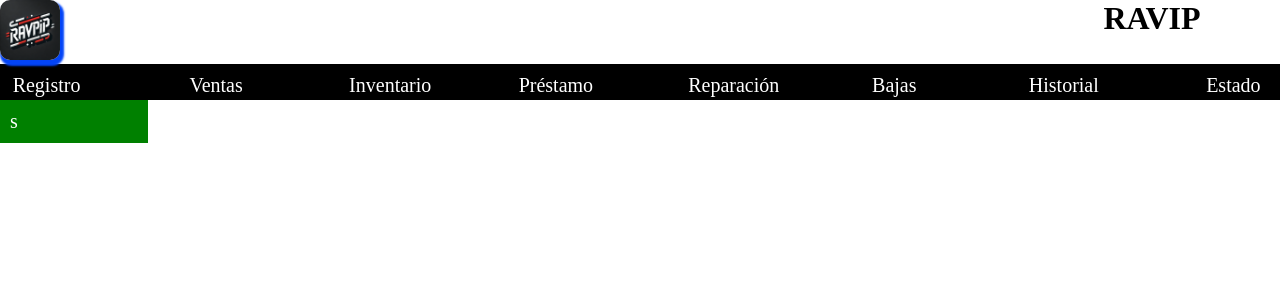
Repository: ye909/RAVPIP
Page: index.html
These files come from the project's save history. The page is drawn as it stood at one moment and after the next save; the edit follows.
The browser window is 1280 px wide. The pictures show the whole page.

Above is the page before, as saved 2025-04-03 17:49:33.
Not found: src/js/ya

### index.html
<!DOCTYPE html>
<html lang="es">

<head>
    <meta charset="UTF-8">
    <meta name="viewport" content="width=device-width, initial-scale=1.0">
    <title>Estado</title>
    <link rel="stylesheet" href="./src/css/heder.css">
</head>

<body>

    <div class="containerTituloLogo">
        <div><img src="./src/imagenes/logo2.webp" alt="Logo" class="imglogo"></div>
        <h1>RAVIP</h1>

    </div>
    <nav>
        <ul>
            <li><a href="./src/templei/registroPortatil.html" target="_self" aria-label="Abrir Registro">Registro</a>
            </li>
            <li><a href="./src/templei/ventasPortatil.html" target="_self" aria-label="Abrir Ventas">Ventas</a></li>
            <li><a href="">Inventario</a></li>
            <li><a href="./src/templei/prestamoPortatil.html" target="_self" aria-label="Abrir >Préstamo">Préstamo</a>
            </li>
            <li><a href="./src/templei/reparacionPortatil.html" target="_self"
                    aria-label="Abrir Reparación">Reparación</a></li>
            <li><a href="./src/templei/bajasPortatil.html" target="_self" aria-label="Abrir Bajas">Bajas</a></li>
            <li><a href="./src/templei/historial.html" target="_self" aria-label="Abrir Historial">Historial</a></li>
            <li><a href="" id="itemEstado" target="_self" aria-label="Abrir Estado">Estado</a></li>
        </ul>
    </nav>

    <aside >
        <div class="cajaverde">s</div>
        <div >
            <a href="#" id="about">About</a>
            <a href="#" id="blog">Blog</a>
            <a href="#" id="projects">Projects</a>
            <a href="#" id="contact">Contact</a>
        </div>
    </aside>
    <section>

    </section>
    <!--


    <div class="containerProgreso" id="containerProgreso">
        <div class="subcontainerProgreso"><p id="contadorProgreso1"><span class="tituloProceso">Historial</span> <br> 0%</p></div>
        <div class="subcontainerProgreso"><p id="contadorProgreso2"><span class="tituloProceso">Reparado</span> <br> 0%</p></div>
        <div class="subcontainerProgreso"><p id="contadorProgreso3"><span class="tituloProceso">Nuevo</span> <br> 0%</p></div>
        <div class="subcontainerProgreso"><p id="contadorProgreso4"><span class="tituloProceso">Disponible</span> <br> 0%</p></div>
        <div class="subcontainerProgreso"><p id="contadorProgreso5"><span class="tituloProceso">Stock</span> <br> 0%</p></div>
    </div>

    <div>
        <aside>
<div>color verde</div>

        </aside>
    </div> -->
    <script src="./src/js/heder.js"></script>
    <script src="./src/js/ya"></script>
</body>

</html>

### src/css/heder.css
*{
  margin: 0;
  padding: 0;
  background-attachment: fixed;
  background-size: cover;
  transition:0.6 ;
}
.containerTituloLogo {
  display: flex;
  justify-content: space-between;
}
.containerTituloLogo h1 {
  font-size: clamp(2rem, 6vw ,2rem );
  text-align: center;
  flex-grow: 1;

}
.containerTituloLogo img{
width: min(60px, 100%);
border-radius:10px ;
box-shadow: 2px 4px 2px 2px rgb(3, 68, 247);
}
nav{
  width: 100%;
  background:black;
  height: 5vh;

}
ul{
  display: flex;
  justify-content: space-between;
  text-align: center;
  flex-flow: row;
  flex-wrap: wrap;
  padding: 10px;
  list-style: none;
}
li{
  width: 5.8%;
  height: 3.8vh;
}

 a{
  text-decoration: none;

}

:is(.colormenu,.sudmenu){
  background:black;
}
:is(a,aside){
  color:white;
  font-size: 20px;
}
:is(.colormenu,.cajaverde,.sudmenu){
  width: 10%;
  padding: 10px;
}
:is(li:hover,.cajaverde){

  background:green;
}
.sudmenu a {
  position: absolute; /* Position them relative to the browser window */
  left: -80px; /* Position them outside of the screen */
  transition: 0.3s; /* Add transition on hover */
  padding: 15px; /* 15px padding */
  width: 100px; /* Set a specific width */
  text-decoration: none; /* Remove underline */
  font-size: 20px; /* Increase font size */
  color: white; /* White text color */
  border-radius: 0 5px 5px 0; /* Rounded corners on the top right and bottom right side */
}

.sudmenu a:hover {
  left: 0; /* On mouse-over, make the elements appear as they should */
}
/*


header {
    background-color: #f8f9fa;
    padding: 5px;
    border-bottom: 1px solid #dddddd;
    display: flex;
    flex-direction: column;
    align-items: center;
    gap: 10px;
}


.containerTituloLogo,.containerProgreso{
    display: flex;
    justify-content: center;
    align-items: center;
    gap: 20px;
    flex-wrap: wrap;
    width: 100%;
    padding: 20px;
}
.imglogo {
    object-fit: cover;
    width: 70px;
    height: auto;
    flex-shrink: 0;
    border-radius: 6px;
}

nav ul {
    display: flex;
    justify-content: center;
    gap: 15px;
    list-style: none;
    padding: 0;
    margin: 0;
    flex-wrap: wrap;
}

nav ul li {

    padding: 5px 10px;
    cursor: pointer;
}
a{
    text-decoration: none;
}
a:hover{
    border-bottom:black 2px solid;
}
.containerProgreso{


    display: none;
}

 .containerProgreso p {
    text-align: center;
    font-size: clamp(0.7rem, 7vw ,0.7rem );
    font-weight: bolder;
}

 .subcontainerProgreso{
    width: 4%;
    height: 7vh;
    background: rgb(254, 251, 251);
    padding: 10px;
    border-radius: 80px;
 box-shadow: 1px 1px 1px 1px black;
    border-top: 2px solid #0817f5;
    border-left: 2px solid #1bf806;
} */
<<<<<<< HEAD

  /* Estilo general
  body {
    font-family: 'Arial', sans-serif;
    background-color: #f4f4f4;
    color: #333;
  }

  Estilo de la cabecera
  header {
    background-color: #333;
    color: white;
    padding: 20px 0;
    display: flex;
    justify-content: space-between;
    align-items: center;
    padding: 10px 20px;
  }

  header .logo h1 {
    font-size: 30px;
  }

  header nav ul {
    list-style: none;
    display: flex;
    gap: 20px;
  }

  header nav ul li a {
    text-decoration: none;
    color: white;
    font-weight: bold;
  }

  Estilo de la sección de tarjetas
  .product-cards {
    padding: 50px 20px;
    text-align: center;
    background-color: #fff;
  }

  .product-cards h2 {
    margin-bottom: 30px;
    font-size: 28px;
  }

  .cards-container {
    display: grid;
    grid-template-columns: repeat(auto-fill, minmax(250px, 1fr));
    gap: 20px;
    justify-items: center;
  }

  .card {
    background-color: #fff;
    border-radius: 10px;
    box-shadow: 0 2px 10px rgba(0, 0, 0, 0.1);
    overflow: hidden;
    width: 300px;
    text-align: center;
    padding: 20px;
  }

  .card img {
    width: 100%;
    height: auto;
    border-radius: 10px;
  }

  .card h3 {
    margin: 15px 0;
    font-size: 22px;
  }

  .card p {
    font-size: 16px;
    margin-bottom: 20px;
  }

  .card button {
    background-color: #333;
    color: white;
    border: none;
    padding: 10px 20px;
    font-size: 16px;
    cursor: pointer;
    border-radius: 5px;
  }

  .card button:hover {
    background-color: #555;
  }

  /* Estilo de pie de página
  footer {
    background-color: #333;
    color: white;
    padding: 20px;
    text-align: center;
  }



.card img{
  object-fit: cover;
  width: min(100px,80%);
}
footer{
    display: flex;

}
.footer-content p {
    font-size: clamp(0.5m, 1vw, 0.6rem);
  }
=======

>>>>>>> alexcasa

### src/js/heder.js




// const itemEstado=document.getElementById('itemEstado');
// const containerProgreso=document.getElementById('containerProgreso');


// itemEstado.addEventListener('click',(e)=>{
//     e.preventDefault();
//     containerProgreso.style.display='inline';
//     containerProgreso.style.display='flex';
// });


// // Si deseas agregar una funcionalidad adicional como redirigir al usuario al hacer clic en los botones, puedes usar este código.

// const buttons = document.querySelectorAll('.card button');

// buttons.forEach(button => {
//   button.addEventListener('click', () => {
//     alert('Serás redirigido a la página del producto.');
//     // Aquí puedes redirigir al usuario a la página del producto
//     // window.location.href = 'producto.html'; // Por ejemplo
//   });
// });

After the next save:
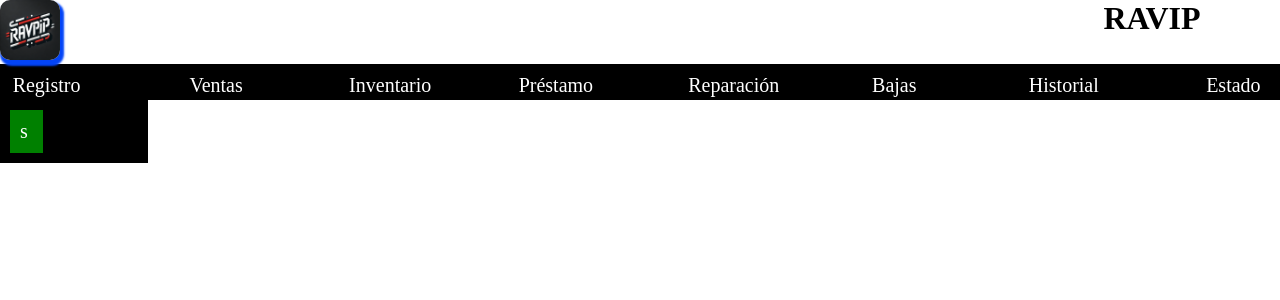
Saved 5 s later.
--- a/index.html
+++ b/index.html
@@ -31,7 +31,7 @@
         </ul>
     </nav>
 
-    <aside >
+    <aside class="sudmenu" id="sudmenu">
         <div class="cajaverde">s</div>
         <div >
             <a href="#" id="about">About</a>
